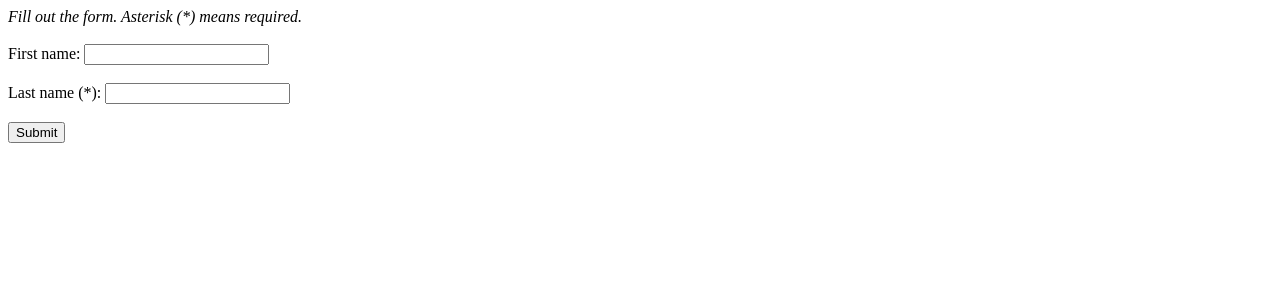
Repository: karishmakapur/SpringFramework
Page: http://localhost/spring-mvc-demo/customer/showForm
These files come from the project's save history. The page is drawn as it stood at one moment and after the next save; the edit follows.
The browser window is 1280 px wide. The pictures show the whole page.
The page is served by Tomcat 9. Other server files are loaded and not shown.

Above is the page before, as saved 2019-08-20 16:31:36.

### spring-mvc-demo/WebContent/WEB-INF/view/customer-form.jsp
<%@ taglib prefix="form"
		uri="http://www.springframework.org/tags/form" %>

<html>

	<head>
		<title>Customer Registration Form</title>

		<style> .error {color:red} </style> <!-- Displaying error message in red -->

	</head>

	<body>
		<i>Fill out the form. Asterisk (*) means required.</i> <!-- italics -->
		<br><br>

		<form:form action="processForm" modelAttribute="customer">


			First name: <form:input path="firstName" />
			<br><br>
			Last name (*): <form:input path="lastName"/>

			<!-- display an error message if an error message is set -->
			<form:errors path="lastName" cssClass="error"/>

			<br> <br>

			<input type="submit" value="Submit" />

		</form:form>
	</body>

</html>

After the next save:
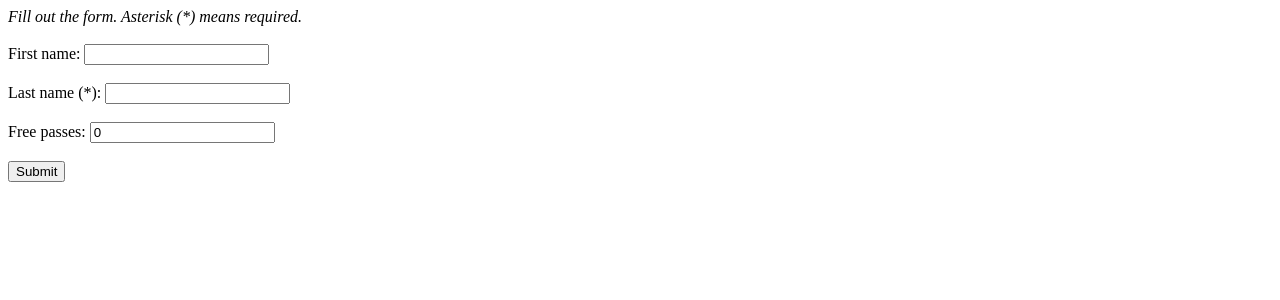
Saved 80 s later.
--- a/spring-mvc-demo/WebContent/WEB-INF/view/customer-form.jsp
+++ b/spring-mvc-demo/WebContent/WEB-INF/view/customer-form.jsp
@@ -25,6 +25,9 @@
 			<form:errors path="lastName" cssClass="error"/>
 
 			<br> <br>
+			Free passes: <form:input path="freePasses"/>
+			<form:errors path="freePasses" cssClass="error"/>
+			<br> <br>
 
 			<input type="submit" value="Submit" />
 
